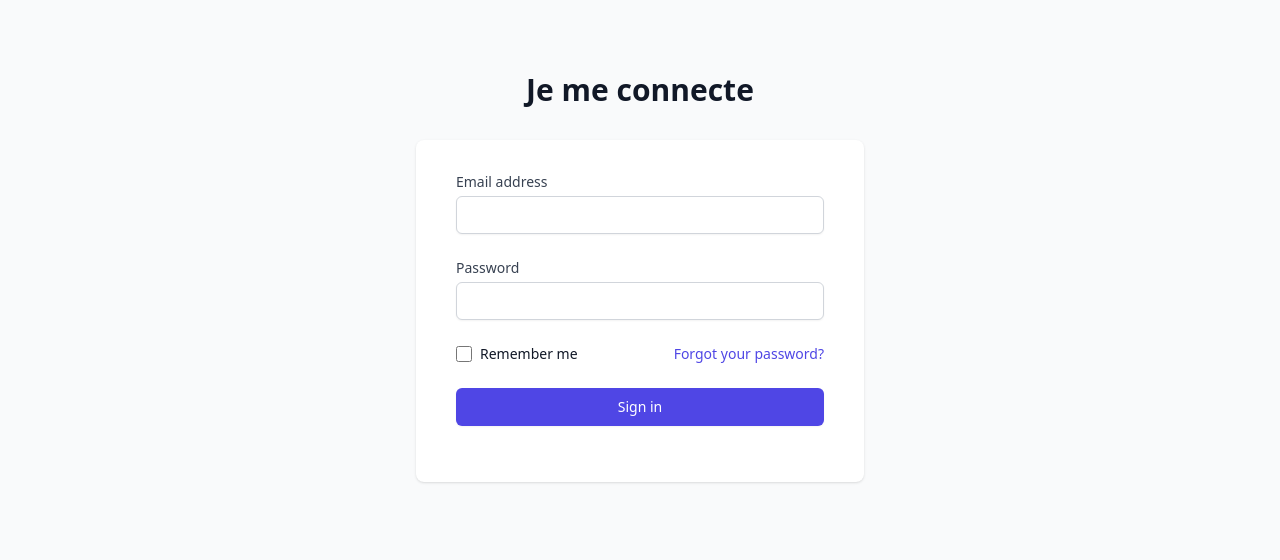
Repository: Dydja/dashAlladjai
Page: /
An editor plug-in stored every save of this project. The page is shown before and after the next save, followed by the edit.
The browser window is 1280 px wide. The pictures show the whole page.
The project was rebuilt for these pictures with package versions that can differ from the ones it lists, and the page was loaded fresh each time. Also part of the build but not shown: vite.config.js.

Above is the page before, as saved 2024-01-28 21:48:22.

### index.html
<!doctype html>
<html lang="en" class="h-full bg-gray-50">
  <head>
    <meta charset="UTF-8" />
    <link rel="icon" href="/favicon.ico" />
    <meta name="viewport" content="width=device-width, initial-scale=1.0" />
    <title>Vite App</title>
  </head>
  <body class="h-full">
    <div id="app"></div>
    <script type="module" src="/src/main.js"></script>
  </body>
</html>

### src/main.js
// import './assets/main.css'
import "./style.css";

import { createApp } from 'vue'
import { createPinia } from 'pinia'

import App from './App.vue'
import router from './router'

const app = createApp(App)

app.use(createPinia())
app.use(router)

app.mount('#app')

### src/App.vue
<script setup>
import { RouterView } from 'vue-router'
// import HelloWorld from './components/HelloWorld.vue' RouterLink
</script>

<template>
  <!-- <header>
    <img alt="Vue logo" class="logo" src="@/assets/logo.svg" width="125" height="125" />

    <div class="wrapper">
      <HelloWorld msg="You did it!" />

      <nav>
        <RouterLink to="/">Home</RouterLink>
        <RouterLink to="/about">About</RouterLink>
        <RouterLink to="/login">Login</RouterLink>
      </nav>
    </div>
  </header> -->

  <RouterView />
</template>

<style scoped>
/* header {
  line-height: 1.5;
  max-height: 100vh;
}

.logo {
  display: block;
  margin: 0 auto 2rem;
}

nav {
  width: 100%;
  font-size: 12px;
  text-align: center;
  margin-top: 2rem;
}

nav a.router-link-exact-active {
  color: var(--color-text);
}

nav a.router-link-exact-active:hover {
  background-color: transparent;
}

nav a {
  display: inline-block;
  padding: 0 1rem;
  border-left: 1px solid var(--color-border);
}

nav a:first-of-type {
  border: 0;
}

@media (min-width: 1024px) {
  header {
    display: flex;
    place-items: center;
    padding-right: calc(var(--section-gap) / 2);
  }

  .logo {
    margin: 0 2rem 0 0;
  }

  header .wrapper {
    display: flex;
    place-items: flex-start;
    flex-wrap: wrap;
  }

  nav {
    text-align: left;
    margin-left: -1rem;
    font-size: 1rem;

    padding: 1rem 0;
    margin-top: 1rem;
  }
} */
</style>

### src/router/index.js
import { createRouter, createWebHistory } from 'vue-router'
import HomeView from '../views/HomeView.vue'

const router = createRouter({
  history: createWebHistory(import.meta.env.BASE_URL),
  routes: [
    {
      path: '/',
      name: 'home',
      component: HomeView
    },
    {
      path: '/login',
      name: 'Login',
      component: () => import('../views/auth/LoginView.vue')
    },
    {
      path: '/about',
      name: 'about',
      // route level code-splitting
      // this generates a separate chunk (About.[hash].js) for this route
      // which is lazy-loaded when the route is visited.
      component: () => import('../views/AboutView.vue')
    }
  ]
})

export default router

### src/views/HomeView.vue
<script setup>
// import TheWelcome from '../components/TheWelcome.vue'
import LoginView from '../views/auth/LoginView.vue'
</script>

<template>
  <main>
    <!-- <TheWelcome /> -->
    <LoginView />
  </main>
</template>

### src/views/auth/LoginView.vue
<template>
    <GuestLayout title="Je me connecte" @submit="login">
        <div class="mt-8 sm:mx-auto sm:w-full sm:max-w-md">
            <div class="bg-white py-8 px-4 shadow sm:rounded-lg sm:px-10">
                <form class="space-y-6" @submit.prevent="emit('submit')" method="POST">
                    <div>
                        <label for="email" class="block text-sm font-medium text-gray-700"> Email address </label>
                        <div class="mt-1">
                            <input id="email" name="email" type="email" autocomplete="email" required=""
                                class="appearance-none block w-full px-3 py-2 border border-gray-300 rounded-md shadow-sm placeholder-gray-400 focus:outline-none focus:ring-indigo-500 focus:border-indigo-500 sm:text-sm" />
                        </div>
                    </div>

                    <div>
                        <label for="password" class="block text-sm font-medium text-gray-700"> Password </label>
                        <div class="mt-1">
                            <input id="password" name="password" type="password" autocomplete="current-password" required=""
                                class="appearance-none block w-full px-3 py-2 border border-gray-300 rounded-md shadow-sm placeholder-gray-400 focus:outline-none focus:ring-indigo-500 focus:border-indigo-500 sm:text-sm" />
                        </div>
                    </div>

                    <div class="flex items-center justify-between">
                        <div class="flex items-center">
                            <input id="remember-me" name="remember-me" type="checkbox"
                                class="h-4 w-4 text-indigo-600 focus:ring-indigo-500 border-gray-300 rounded" />
                            <label for="remember-me" class="ml-2 block text-sm text-gray-900"> Remember me </label>
                        </div>

                        <div class="text-sm">
                            <a href="#" class="font-medium text-indigo-600 hover:text-indigo-500"> Forgot your password?
                            </a>
                        </div>
                    </div>

                    <div>
                        <button type="submit"
                            class="w-full flex justify-center py-2 px-4 border border-transparent rounded-md shadow-sm text-sm font-medium text-white bg-indigo-600 hover:bg-indigo-700 focus:outline-none focus:ring-2 focus:ring-offset-2 focus:ring-indigo-500">Sign
                            in</button>
                        <br />
                    </div>
                </form>
            </div>
        </div>

    </GuestLayout>
</template>

<script setup>

import GuestLayout from "../../components/layouts/GuestLayout.vue"


function login() {
    console.log("mumy");
}

//Emettre un evenement de soumission
const emit = defineEmits(['submit'])
</script>

<style ></style>

### src/components/layouts/GuestLayout.vue
<template>
    <div class="min-h-full flex flex-col justify-center py-12 sm:px-6 lg:px-8">
        <div class="sm:mx-auto sm:w-full sm:max-w-md">
            <!-- <img class="mx-auto h-12 w-auto" src="https://tailwindui.com/img/logos/workflow-mark-indigo-600.svg" alt="Workflow" /> -->
            <h2 class="mt-6 text-center text-3xl font-extrabold text-gray-900">{{ title }}</h2>
        </div>
        <slot></slot>
    </div>
</template>

<script setup>

const { title } = defineProps({

    title: String
})



</script>

<style >
/* * {
    margin: 0;
    padding: 0;
    box-sizing: border-box;

}

main {
    height: 100vh;
    background-color: antiquewhite;
} */
</style>

Loaded but not shown: src/style.css (common file); tailwind.config.js (common file)

After the next save:
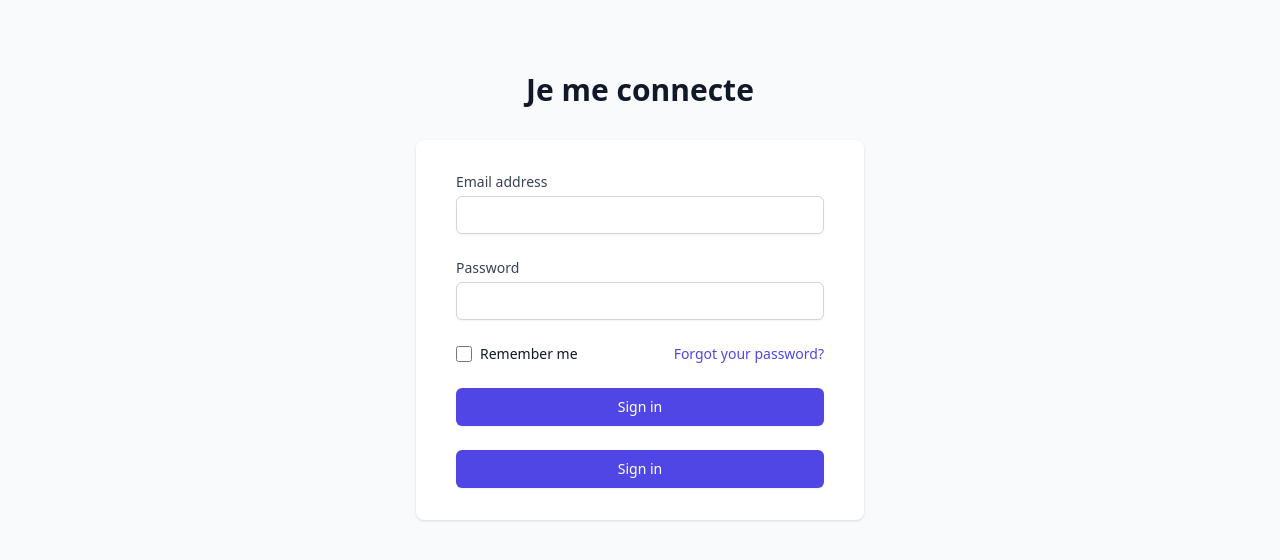
Saved 6 s later.
--- a/src/views/auth/LoginView.vue
+++ b/src/views/auth/LoginView.vue
@@ -37,6 +37,9 @@
                             class="w-full flex justify-center py-2 px-4 border border-transparent rounded-md shadow-sm text-sm font-medium text-white bg-indigo-600 hover:bg-indigo-700 focus:outline-none focus:ring-2 focus:ring-offset-2 focus:ring-indigo-500">Sign
                             in</button>
                         <br />
+                        <button type="submit"
+                            class="w-full flex justify-center py-2 px-4 border border-transparent rounded-md shadow-sm text-sm font-medium text-white bg-indigo-600 hover:bg-indigo-700 focus:outline-none focus:ring-2 focus:ring-offset-2 focus:ring-indigo-500">Sign
+                            in</button>
                     </div>
                 </form>
             </div>
